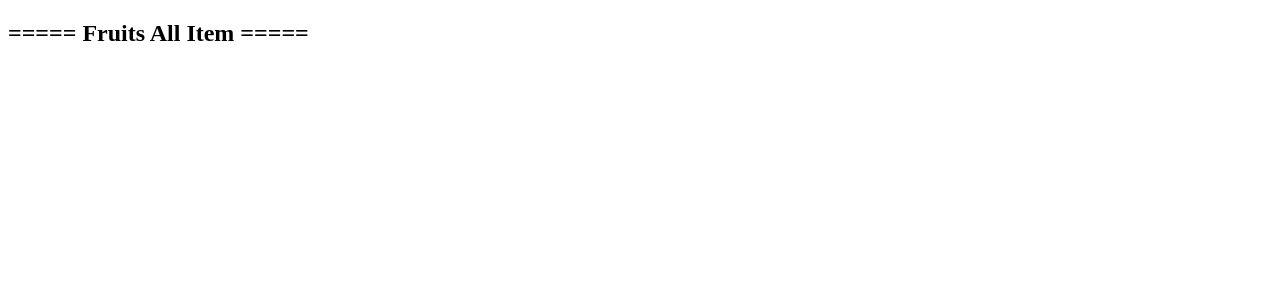
Repository: BaekDoHyeon/Kosta_04_FrontStudy
Page: http://localhost/workshop11/
An editor plug-in stored every save of this project. The page is shown before and after the next save, followed by the edit.
The browser window is 1280 px wide. The pictures show the whole page.
The page is served by Tomcat 9. Other server files are loaded and not shown.

Above is the page before, as saved 2024-09-05 06:42:18.

### work05_BackEnd/workshop11/src/main/webapp/index.jsp
<%@ page language="java" contentType="text/html; charset=UTF-8"
    pageEncoding="UTF-8"%>
<!DOCTYPE html>
<html>
<head>
<meta charset="UTF-8">
<title>Insert title here</title>
</head>
<body>
<h2>===== Fruits All Item =====</h2>
<div></div>
</body>
</html>

After the next save:
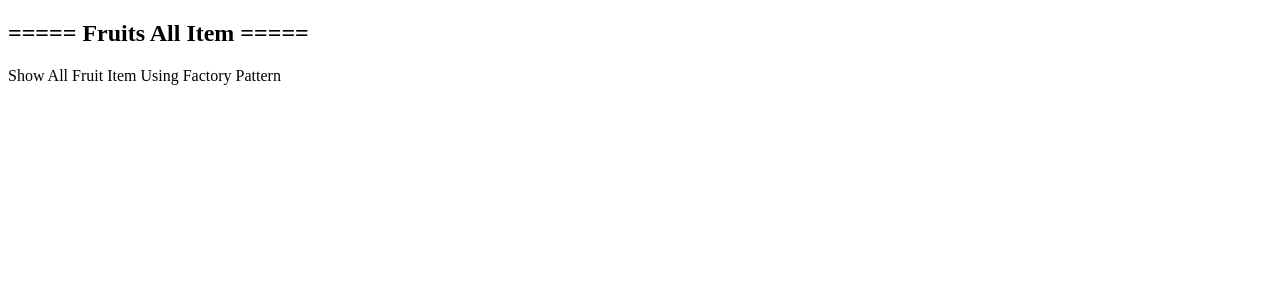
Saved 50 s later.
--- a/work05_BackEnd/workshop11/src/main/webapp/index.jsp
+++ b/work05_BackEnd/workshop11/src/main/webapp/index.jsp
@@ -8,6 +8,6 @@
 </head>
 <body>
 <h2>===== Fruits All Item =====</h2>
-<div></div>
+<div>Show All Fruit Item Using Factory Pattern</div>
 </body>
 </html>
